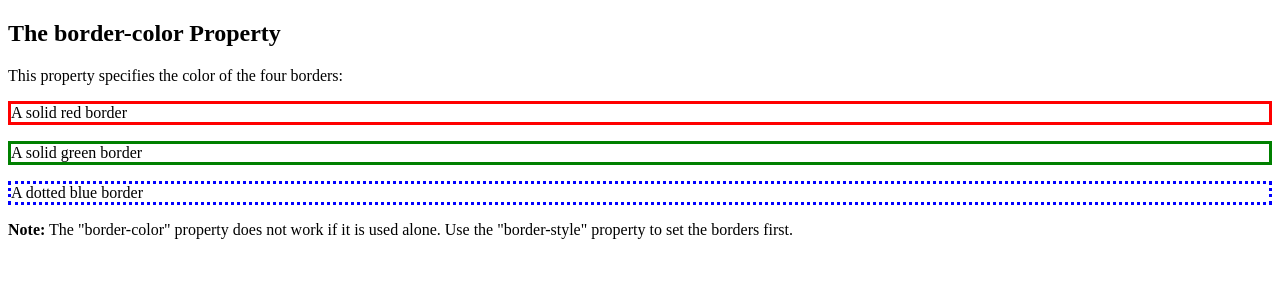
Repository: AwareSelf/JavaTrainingPublic
Page: 15Sep/webapp_1sepbatch/HtmlJSWeb/src/main/webapp/css_border.html
The author's editor kept a copy of each file at every save. The page is drawn from the files as they stood at one save, then again after the next save.
The browser window is 1280 px wide. The pictures show the whole page.

Above is the page before, as saved 2022-09-14 08:06:41.

### 15Sep/webapp_1sepbatch/HtmlJSWeb/src/main/webapp/css_border.html
<!DOCTYPE html>
<html>
<head>
<style>
p.one {
  border-style: solid;
  border-color: red;
}

p.two {
  border-style: solid;
  border-color: green;
}

p.three {
  border-style: dotted;
  border-color: blue;
}
</style>
</head>
<body>

<h2>The border-color Property</h2>
<p>This property specifies the color of the four borders:</p>

<p class="one">A solid red border</p>
<p class="two">A solid green border</p>
<p class="three">A dotted blue border</p>

<p><b>Note:</b> The "border-color" property does not work if it is used alone. Use the "border-style" property to set the borders first.</p>

</body>
</html>

After the next save:
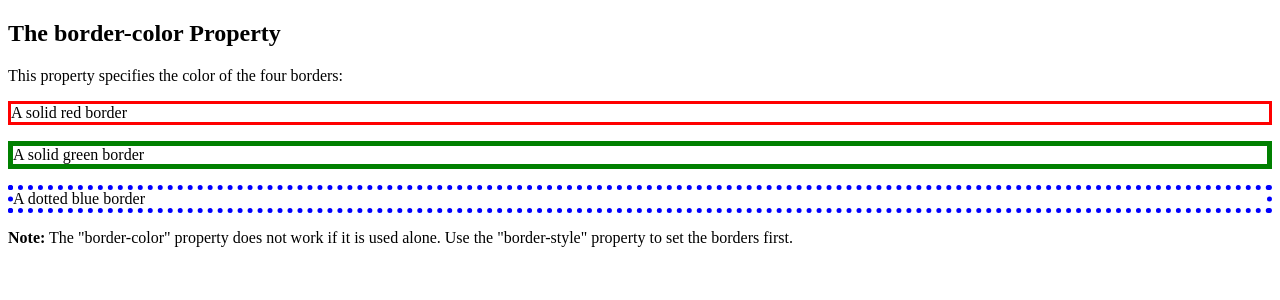
Saved 51 s later.
--- a/15Sep/webapp_1sepbatch/HtmlJSWeb/src/main/webapp/css_border.html
+++ b/15Sep/webapp_1sepbatch/HtmlJSWeb/src/main/webapp/css_border.html
@@ -5,16 +5,19 @@
 p.one {
   border-style: solid;
   border-color: red;
+  border-width: medium;
 }
 
 p.two {
   border-style: solid;
   border-color: green;
+  border-width: 5px;
 }
 
 p.three {
   border-style: dotted;
   border-color: blue;
+  border-width: thick;
 }
 </style>
 </head>
